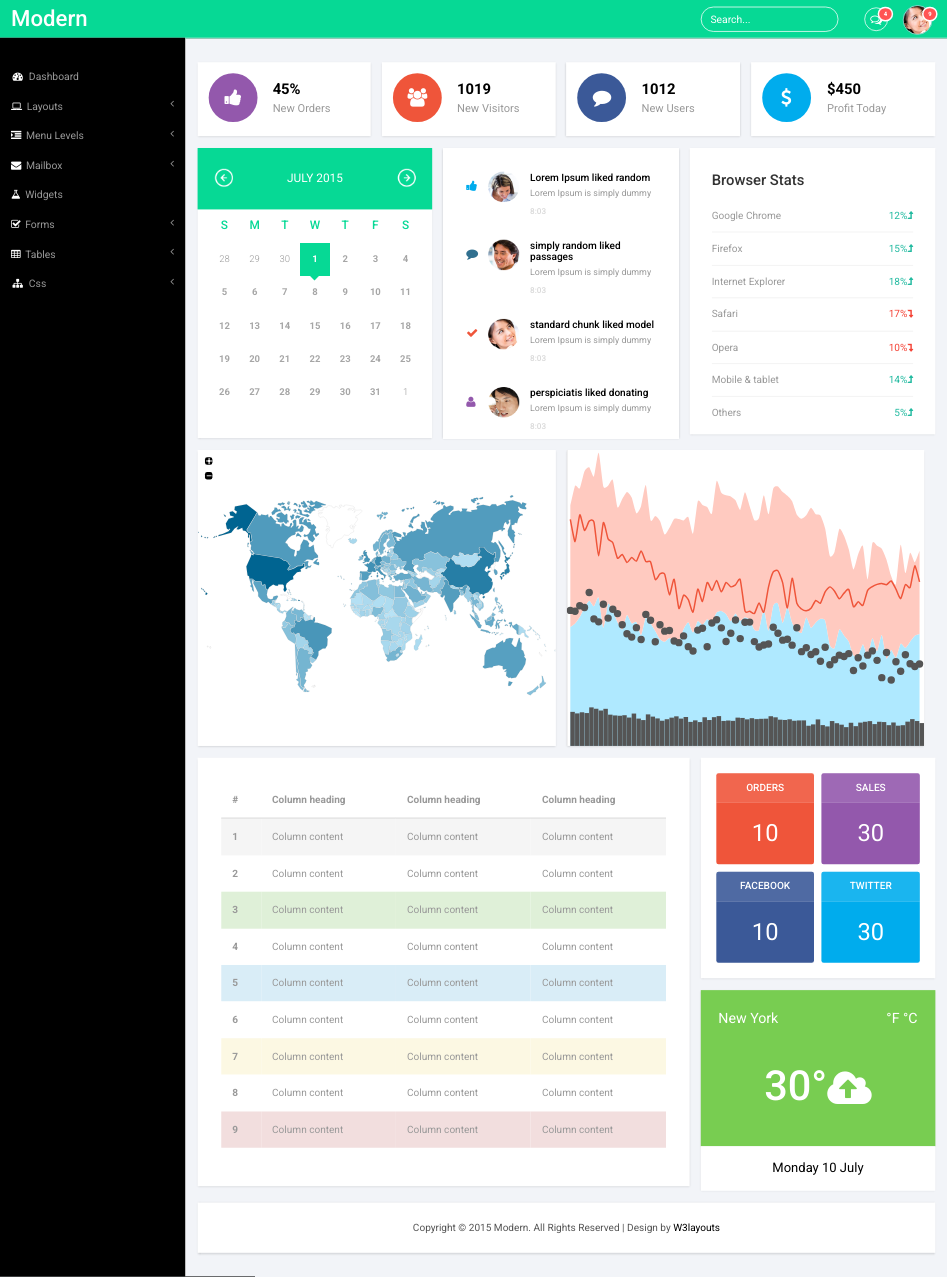
Repository: NomanMustafa/laravel-blog
Page: http://localhost/dashboard
The author's editor kept a copy of each file at every save. The page is drawn from the files as they stood at one save, then again after the next save.
The browser window is 1280 px wide. The pictures show the whole page, at 74% of full size.
The page is served by the project's Laravel application, run on PHP 8.4 with Laravel 8. A made-up administrator, Test User (test@example.com), is signed in.

Above is the page before, as saved 2020-07-05 00:29:22.

After the next save:
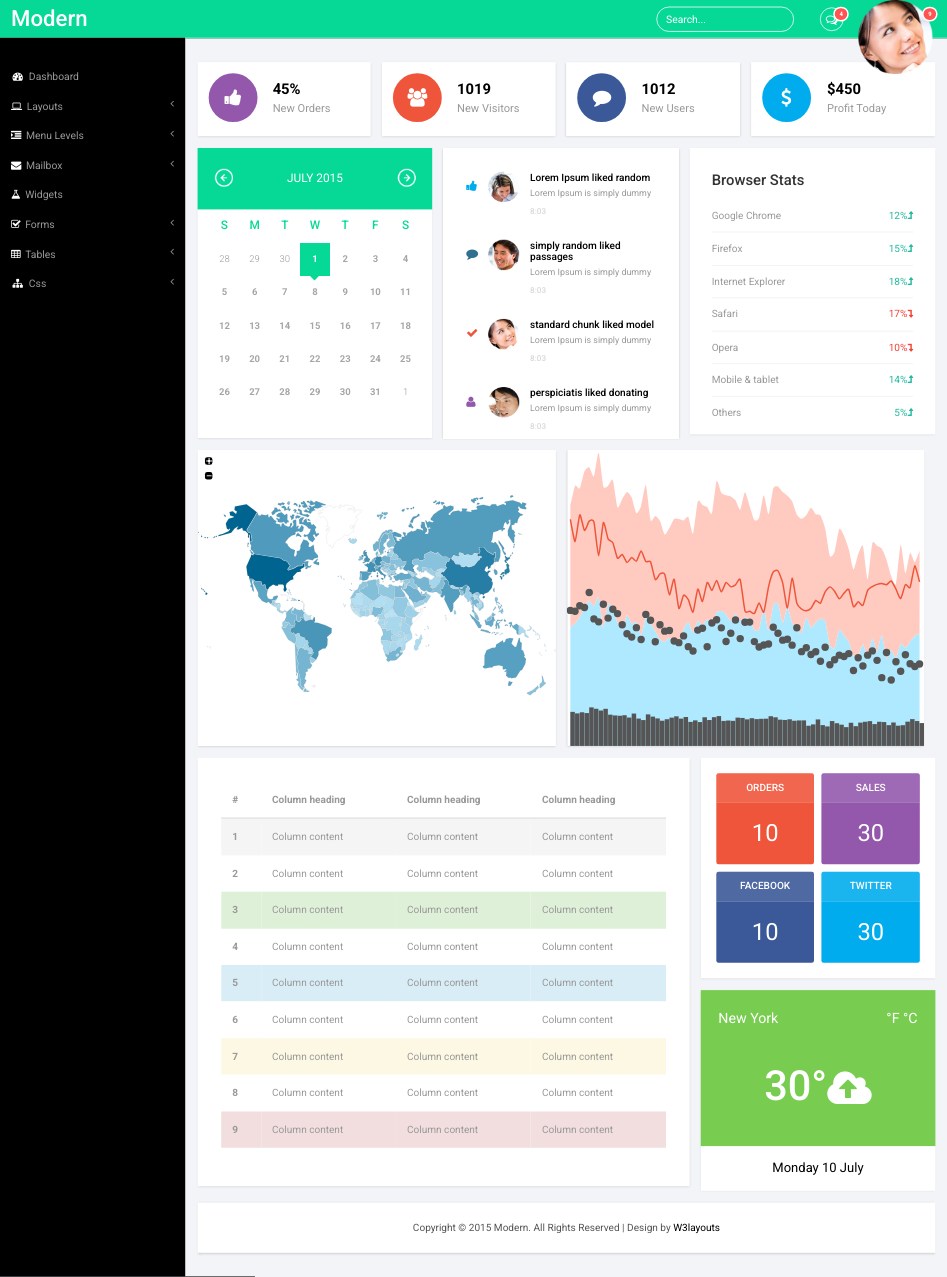
Saved 29 s later.
--- a/resources/views/includes/admin/headerNavigation.blade.php
+++ b/resources/views/includes/admin/headerNavigation.blade.php
@@ -14,11 +14,9 @@
 
 
      <li class="dropdown">
-         <a href="#" class="dropdown-toggle avatar" data-toggle="dropdown"><img src="{{ asset('admin/assets/images/1.png') }}"><span class="badge">9</span></a>
+         <a href="#"  data-toggle="dropdown"><img src="{{ asset('admin/assets/images/1.png') }}"><span class="badge">9</span></a>
          <ul class="dropdown-menu">
-             <li class="dropdown-menu-header text-center">
 
-             </li>
 
              <li class="m_2"><a href="#"><i class="fa fa-lock"></i> Logout</a></li>
          </ul>

After the save that followed:
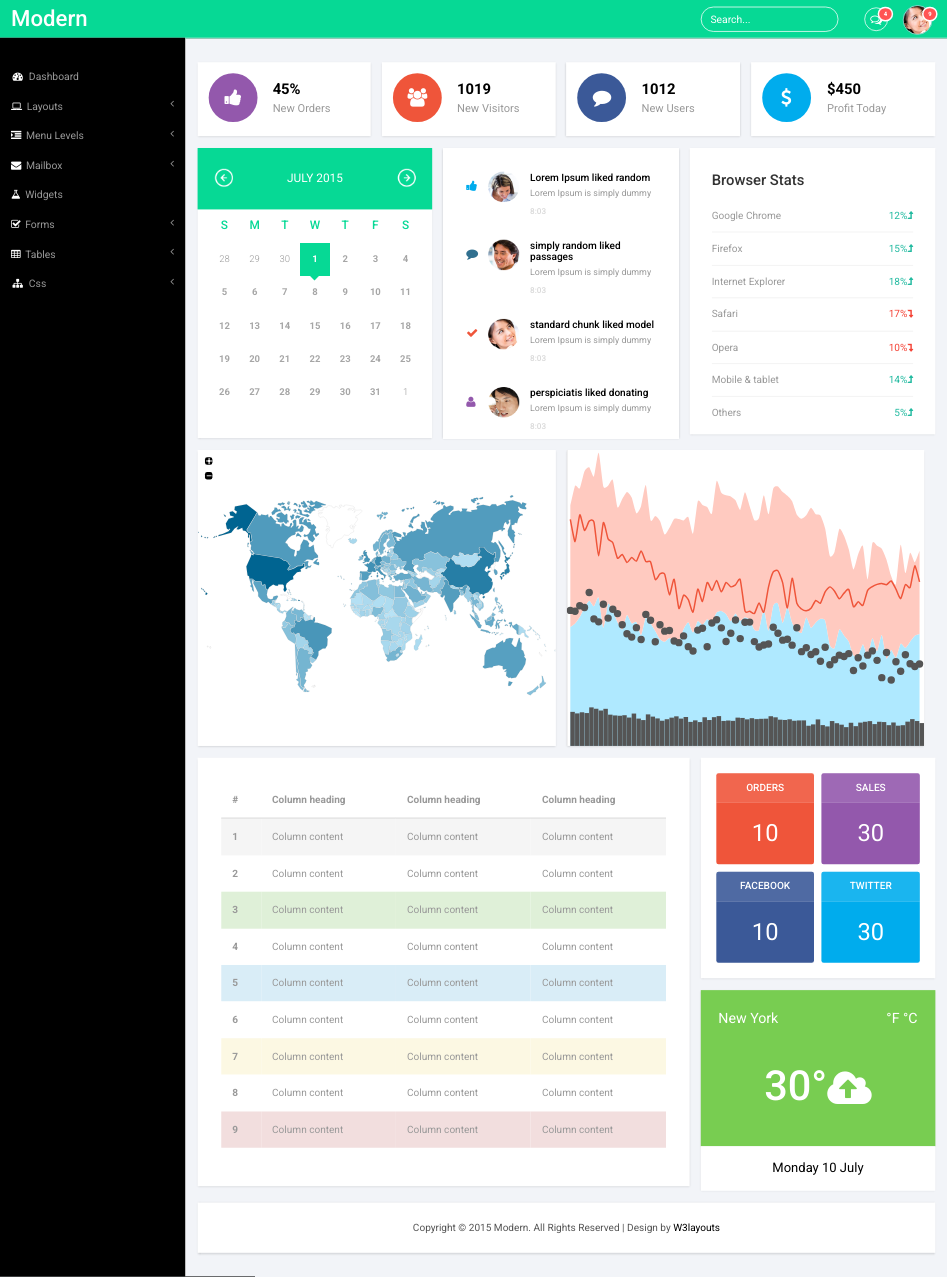
Saved 39 s later.
--- a/resources/views/includes/admin/headerNavigation.blade.php
+++ b/resources/views/includes/admin/headerNavigation.blade.php
@@ -14,7 +14,7 @@
 
 
      <li class="dropdown">
-         <a href="#"  data-toggle="dropdown"><img src="{{ asset('admin/assets/images/1.png') }}"><span class="badge">9</span></a>
+         <a href="#" class="dropdown-toggle avatar" ><img src="{{ asset('admin/assets/images/1.png') }}"><span class="badge">9</span></a>
          <ul class="dropdown-menu">
 
 
